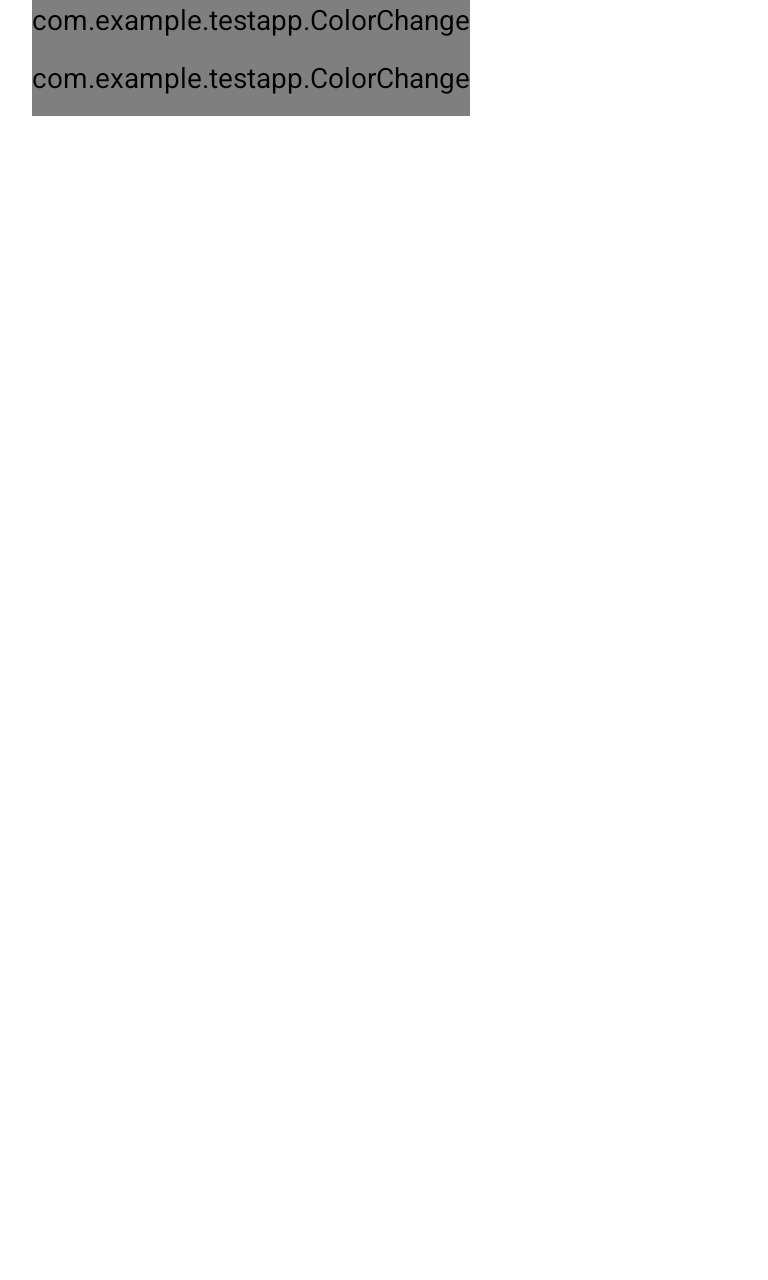
Repository: nick92/ConkyLive
Layout: testApp/res/layout/activity_main.xml
The author's editor kept a copy of each file at every save. The layout is drawn from the files as they stood at one save, then again after the next save.
Pictures or frames that could not be fetched are drawn as grey boxes. It is drawn on a 768 x 1280 px phone screen (xhdpi) without system bars, with theme AppTheme; the app's code is not run.

Above is the layout before, as saved 2013-05-15 14:01:39.

After the next save:
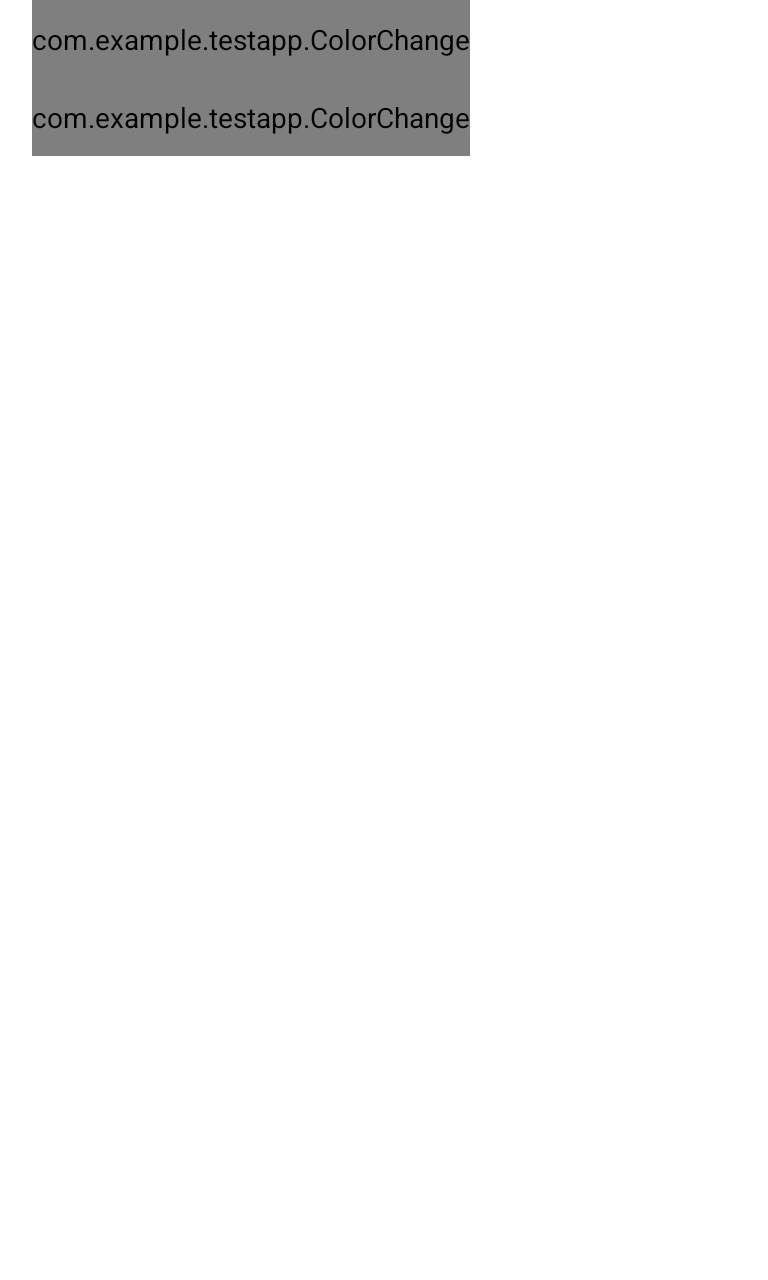
Saved 65 s later.
--- a/testApp/res/layout/activity_main.xml
+++ b/testApp/res/layout/activity_main.xml
@@ -14,6 +14,7 @@
         android:layout_width="wrap_content"
 	    android:layout_height="wrap_content"
 	    android:paddingBottom="10dp"
+	    android:paddingTop="10dp"
         android:onClick="onClicked"
         option:titleText="Foreground Color"
         option:valueColor="#591e6e" />
@@ -23,6 +24,7 @@
         android:layout_width="wrap_content"
 	    android:layout_height="wrap_content"
 	    android:paddingBottom="10dp"
+	    android:paddingTop="10dp"
 	    android:onClick="onClicked"
         option:titleText="Background Color"
         option:valueColor="#FFA4C639" />
